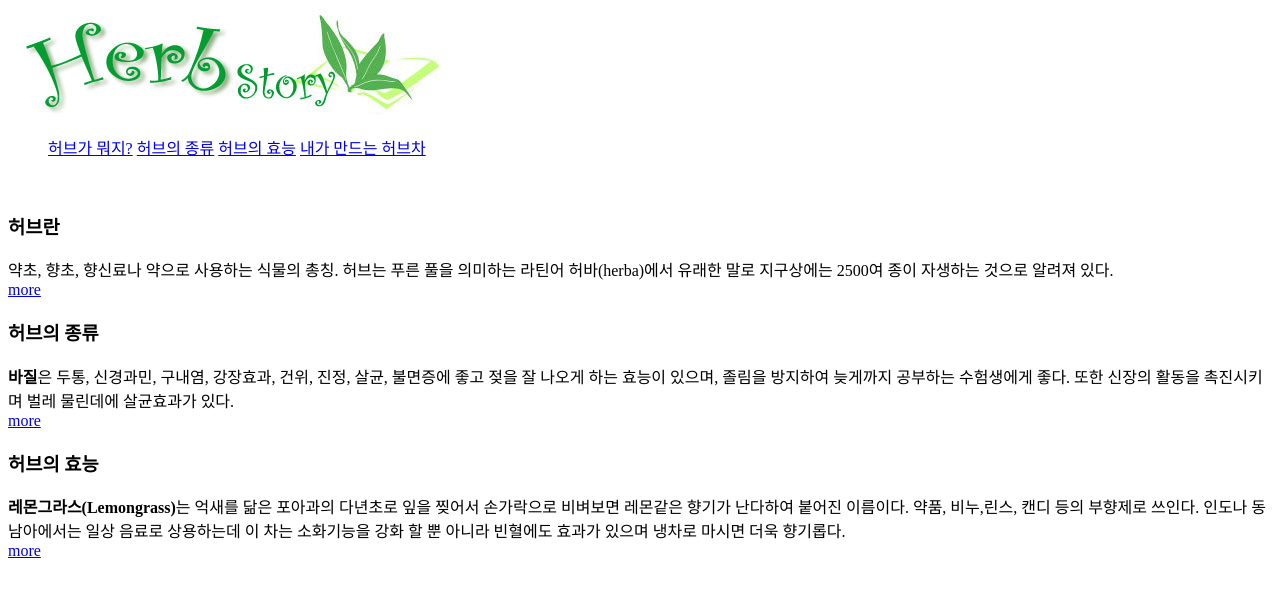
Repository: WonSeungUn/VSCODE
Page: web_work/CSS/WebContent/menu.htm
These files come from the project's save history. The page is drawn as it stood at one moment and after the next save; the edit follows.
The browser window is 1280 px wide. The pictures show the whole page.

Above is the page before, as saved 2024-07-09 06:32:14.

After the next save:
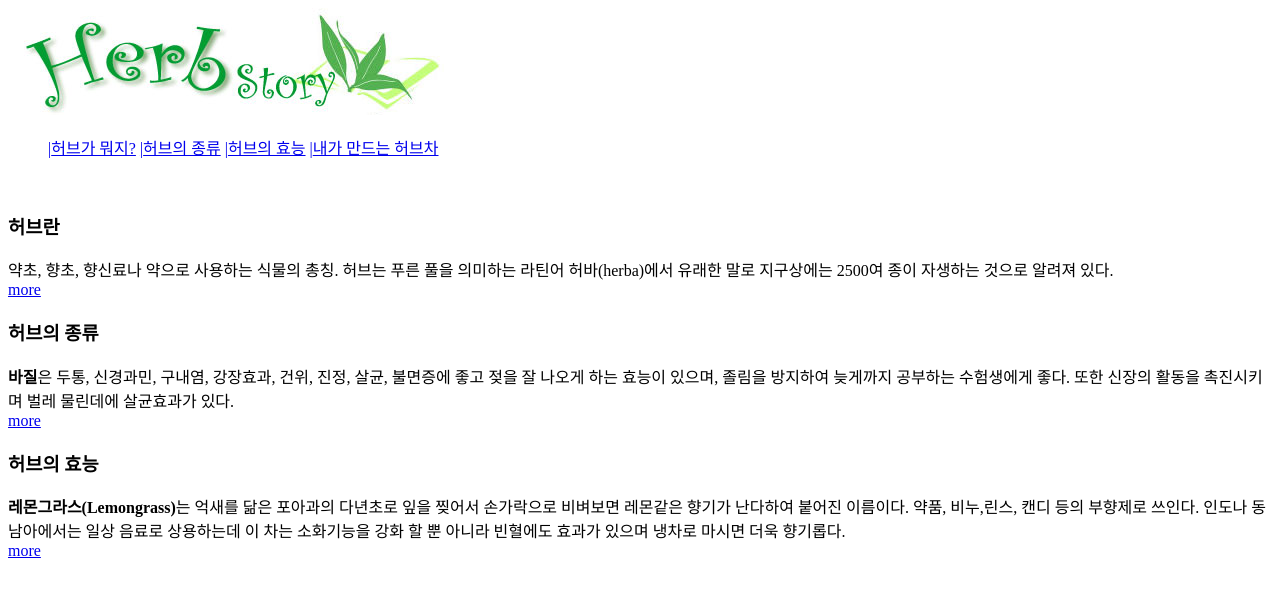
Saved 80 s later.
--- a/web_work/CSS/WebContent/menu.htm
+++ b/web_work/CSS/WebContent/menu.htm
@@ -6,7 +6,10 @@
 <style type="text/css">
 	#pipe li {
 		display: inline;
-		content : |;
+	}
+
+	#pipe li :before {
+		content : "|";
 	}
 
 

After the 2 saves that followed:
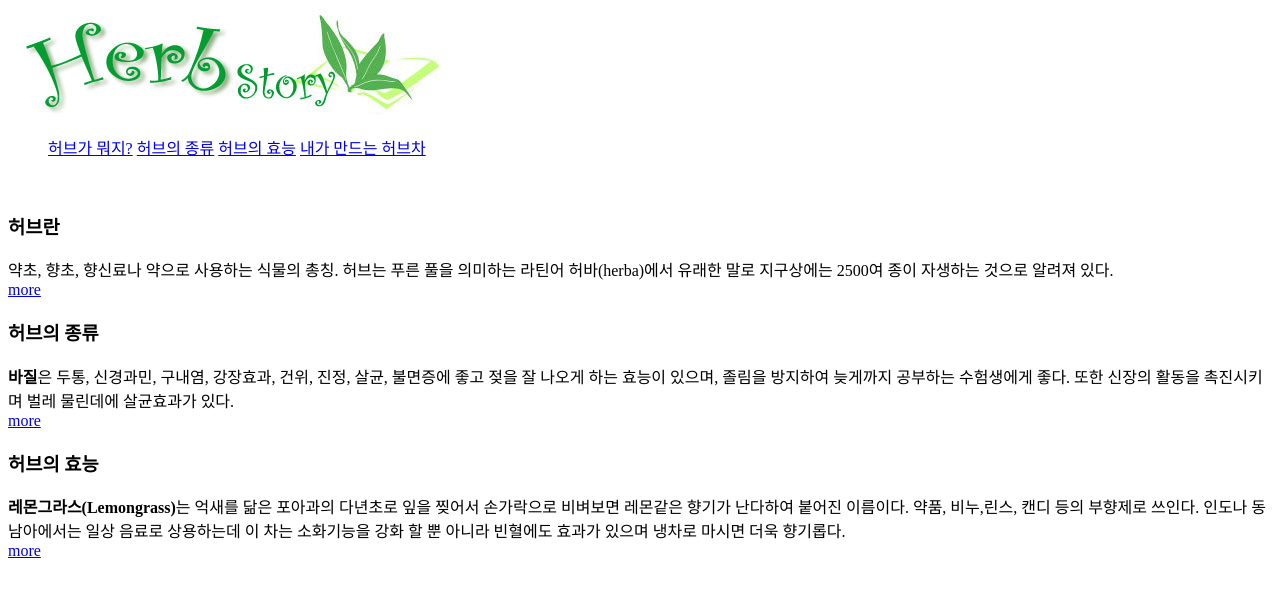
The 2 saves are shown as one change because 1 left the picture as it was.
The last was saved 43 s later.
--- a/web_work/CSS/WebContent/menu.htm
+++ b/web_work/CSS/WebContent/menu.htm
@@ -8,8 +8,8 @@
 		display: inline;
 	}
 
-	#pipe li :before {
-		content : "|";
+	#pipe li :before(first-child) {
+		content : " |";
 	}
 
 
